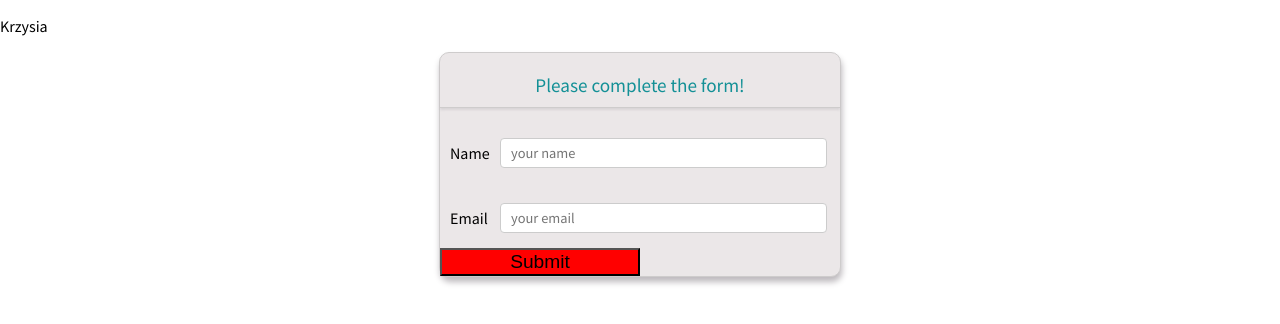
Repository: KrzysKolo/sr_tydzien4_zad2
Page: /
An editor plug-in stored every save of this project. The page is shown before and after the next save, followed by the edit.
The browser window is 1280 px wide. The pictures show the whole page.
The project was rebuilt for these pictures with package versions that can differ from the ones it lists, and the page was loaded fresh each time. Also part of the build but not shown: src/components/formComponents/ErrorMessage.js.

Above is the page before, as saved 2020-11-27 17:02:47.

After the next save:
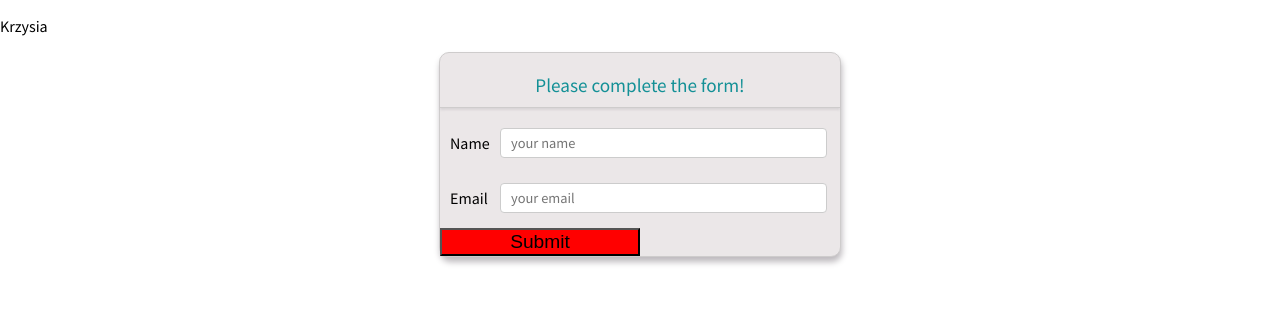
Saved 43 s later.
--- a/src/components/formComponents/Input.js
+++ b/src/components/formComponents/Input.js
@@ -6,7 +6,7 @@ const InputDiv = styled.div`
     flex-direction: row;
     align-content: center;
     margin: 5px auto;
-    padding-top: 20px;
+    padding-top: 10px;
 `;
 const InputLabel = styled.label`
     width: 10%;
